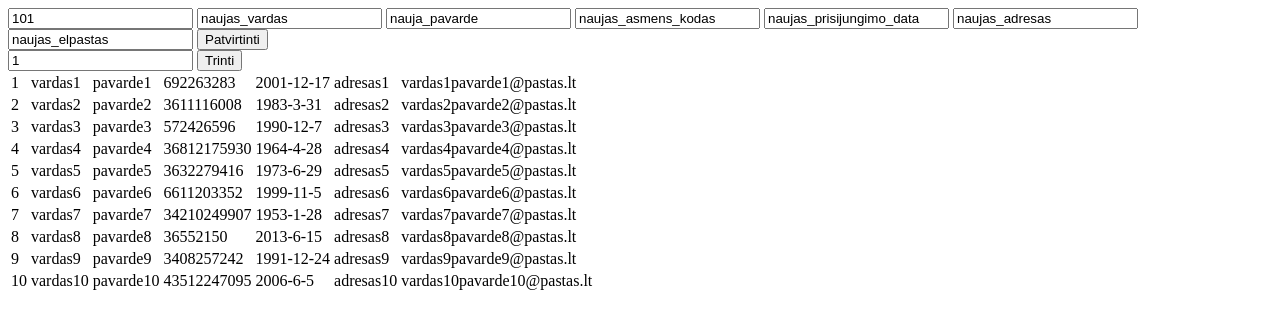
Repository: motiejus1/09-paskaita-PHP-05.31
Page: http://localhost/
An editor plug-in stored every save of this project. The page is shown before and after a run of saves, followed by the edit.
The browser window is 1280 px wide. The pictures show the whole page.
The page is run by PHP 8.4 with error messages shown; the project is at /var/www/html/.

Above is the page before, as saved 2021-08-04 20:26:01.

After the next 3 saves:
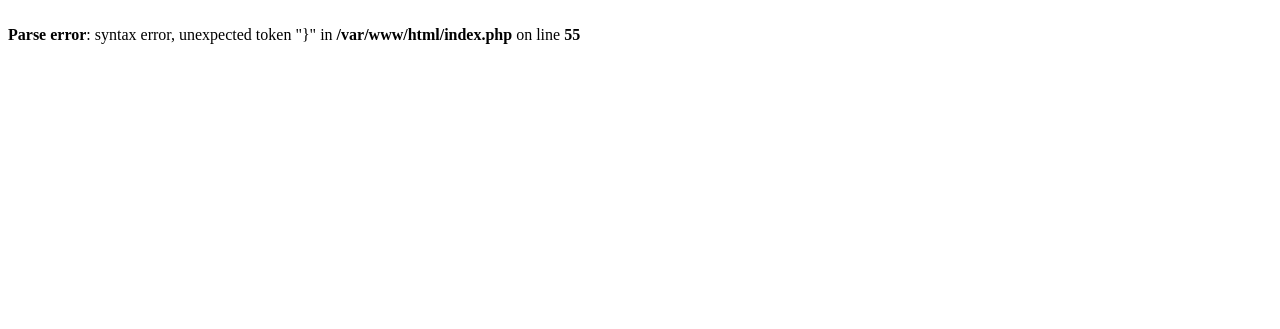
The 3 saves are shown as one change because they came seconds apart.
The last was saved 12 s later.
--- a/index.php
+++ b/index.php
@@ -51,7 +51,7 @@
     //tikrinti ar musu t_id sutampa su kuriuo nors klientu
 
     if(!isset($_COOKIE["klientai"])) {
-
+        $klientai_tekstas = $_COOKIE[]
     }
 
     echo "Trinamo elemento id: ". $t_id;

After the 2 saves that followed:
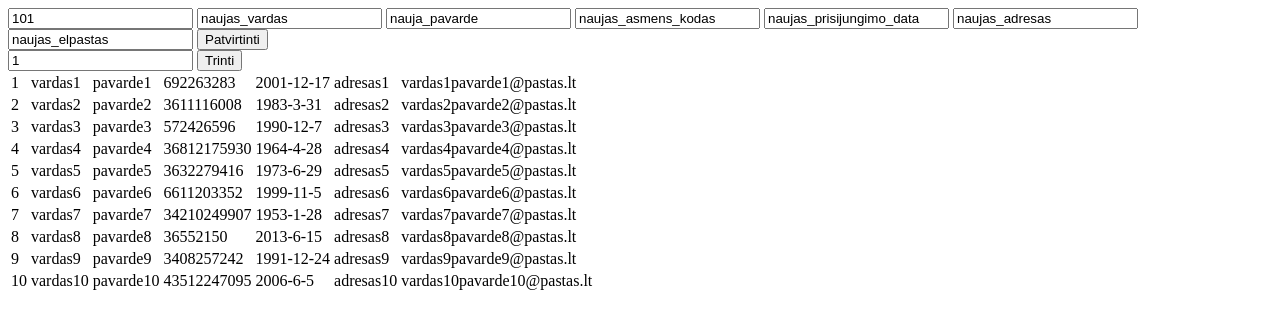
The 2 saves are shown as one change because they came seconds apart.
The last was saved 5 s later.
--- a/index.php
+++ b/index.php
@@ -51,7 +51,7 @@
     //tikrinti ar musu t_id sutampa su kuriuo nors klientu
 
     if(!isset($_COOKIE["klientai"])) {
-        $klientai_tekstas = $_COOKIE[]
+        $klientai_tekstas = $_COOKIE["klientai"];
     }
 
     echo "Trinamo elemento id: ". $t_id;
